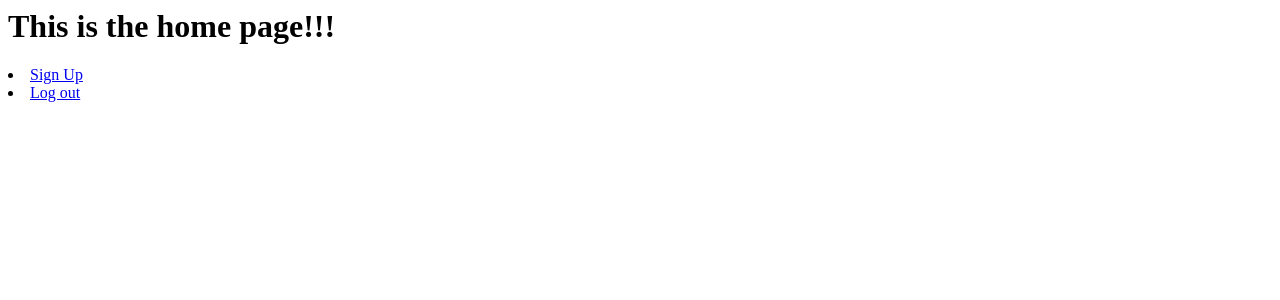
Repository: ZhenyuanBo/Web-Development-Boot-Camp
Page: http://localhost/
The author's editor kept a record of every edit. The page is drawn from the files as they stood at one moment, then again after the next edit.
The browser window is 1280 px wide. The pictures show the whole page.
The page is served by the project's Node server (Authentication/AuthDemo/app.js).

Above is the page before.

After the next edit:
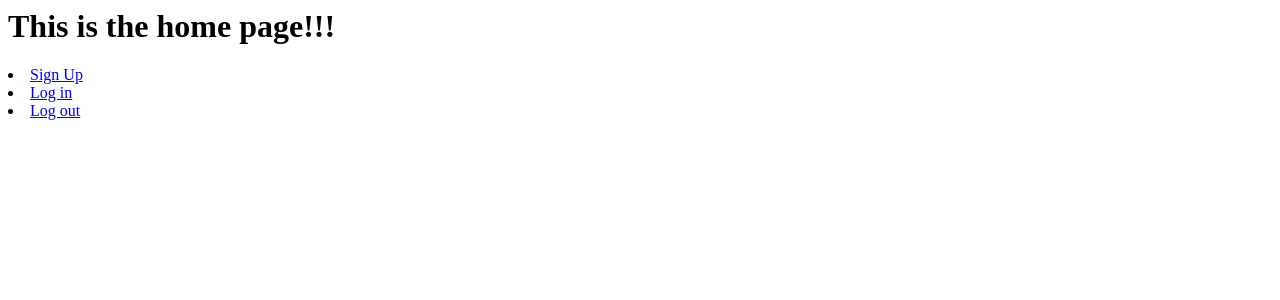
The edit:
--- a/workspace/Authentication/AuthDemo/views/home.ejs
+++ b/workspace/Authentication/AuthDemo/views/home.ejs
@@ -1,8 +1,5 @@
 <h1>This is the home page!!!</h1>
 
-<li>
-    <a href="/register">Sign Up</a>
-</li>
-<li>
-    <a href="/logout">Log out</a>
-</li>
+<li><a href="/register">Sign Up</a></li>
+<li><a href="/login">Log in</a></li>
+<li><a href="/logout">Log out</a></li>
